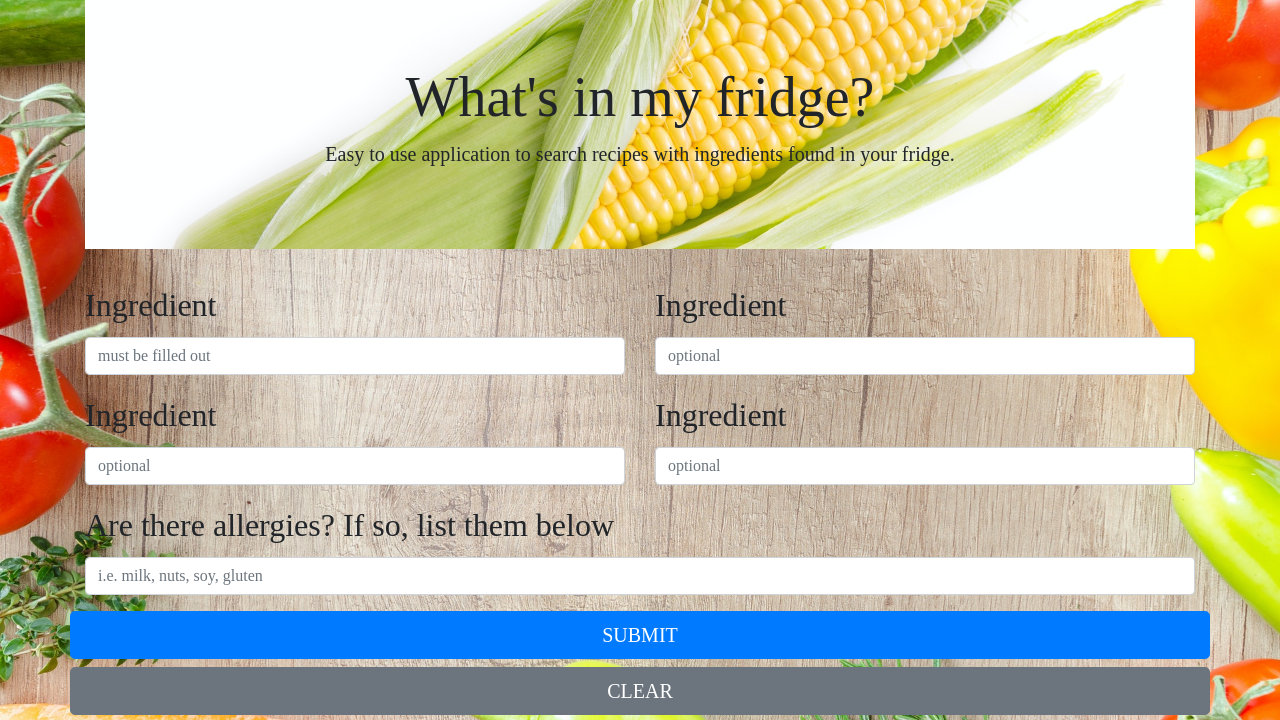
Repository: ogipajic/Recipe_API
Page: index.html
These files come from the project's save history. The page is drawn as it stood at one moment and after the next save; the edit follows.
The browser window is 1280 px wide. The pictures show the whole page.
Backgrounds fixed to the window are drawn as part of the page. Some web fonts or font styles are not loaded; a fallback is used.

Above is the page before, as saved 2020-07-06 15:29:12.
Not found: script.js

After the next save:
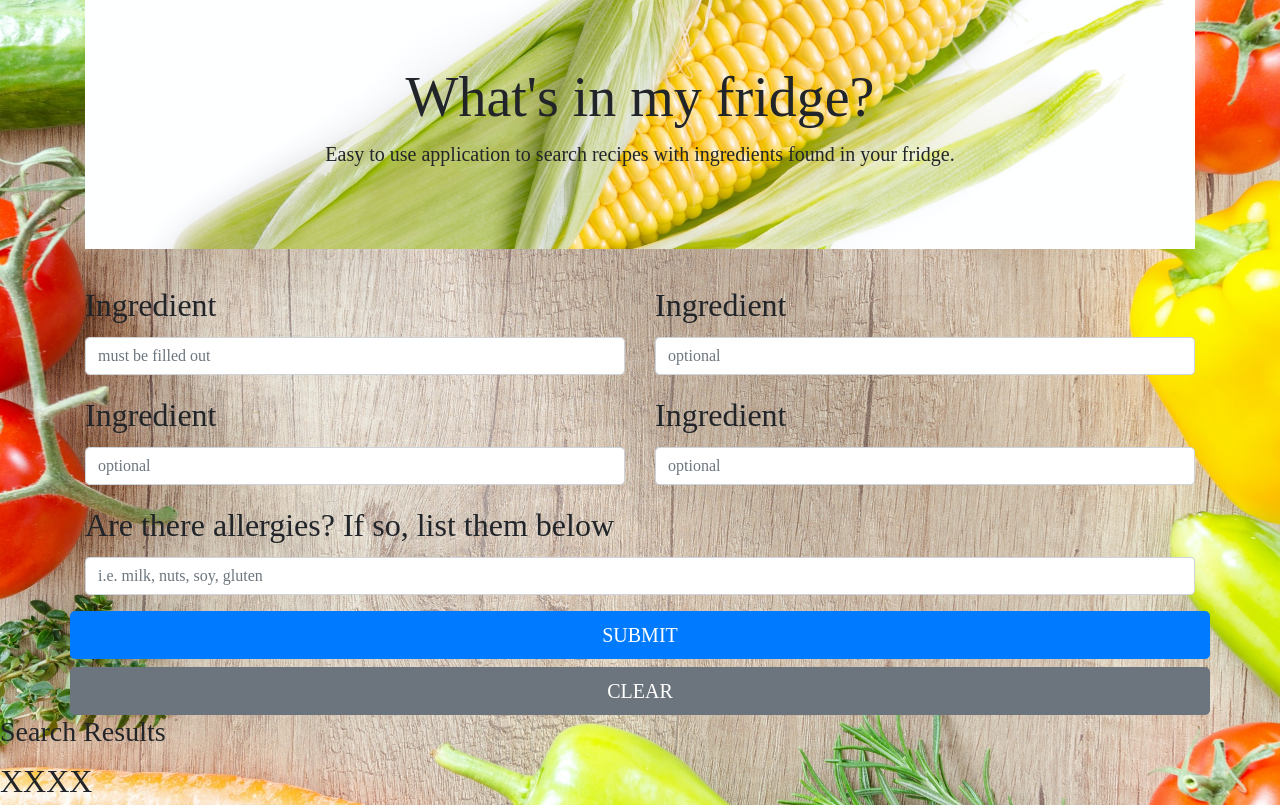
Saved 9 min 57 s later.
--- a/index.html
+++ b/index.html
@@ -71,10 +71,16 @@
     </div>
     </div>
     </div>
- <div class="results">
-<!-- display results here -->
+<div class="panel panel-default">
+    <div class="panel-heading">
+        <h3 class="panel-title">Search Results</h3>
+    </div>
+    <div class="panel-body">XXXX</div>
+    </div>
+</div>
 
- </div>
+
+
  <script src="script.js"></script>
  <script src="https://code.jquery.com/jquery-3.5.1.slim.min.js" integrity="sha384-DfXdz2htPH0lsSSs5nCTpuj/zy4C+OGpamoFVy38MVBnE+IbbVYUew+OrCXaRkfj" crossorigin="anonymous"></script>
  <script src="https://cdn.jsdelivr.net/npm/popper.js@1.16.0/dist/umd/popper.min.js" integrity="sha384-Q6E9RHvbIyZFJoft+2mJbHaEWldlvI9IOYy5n3zV9zzTtmI3UksdQRVvoxMfooAo" crossorigin="anonymous"></script>
